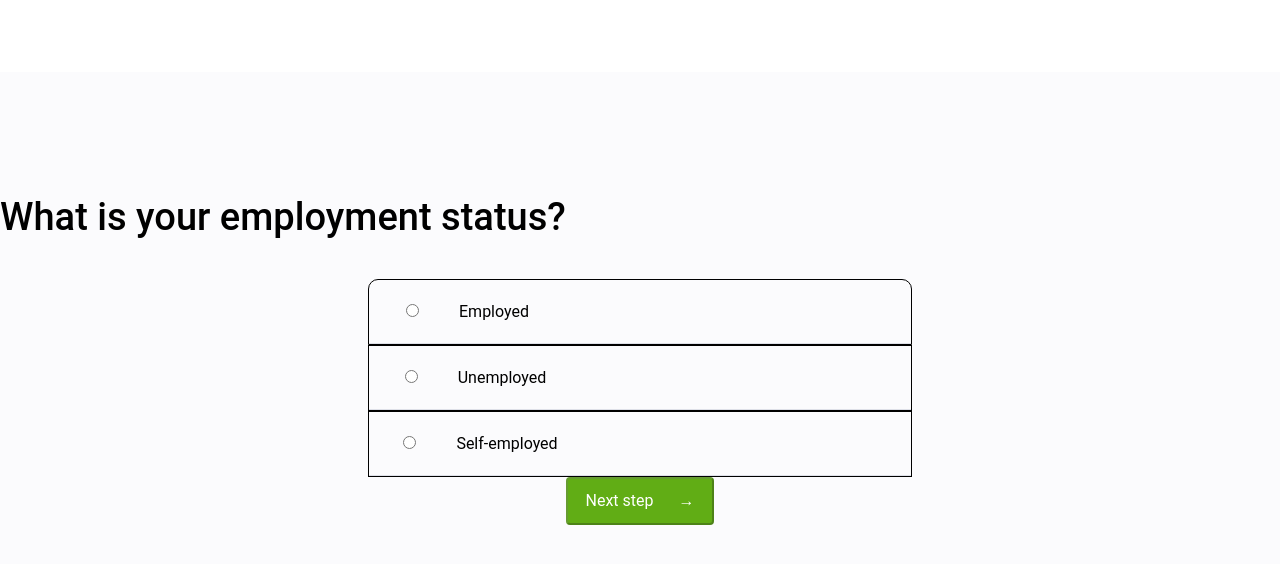
Repository: andbilous/task-survey
Page: /employment-status
An editor plug-in stored every save of this project. The page is shown before and after the next save, followed by the edit.
The browser window is 1280 px wide. The pictures show the whole page.
The project was rebuilt for these pictures with package versions that can differ from the ones it lists, and the page was loaded fresh each time. Also part of the build but not shown: src/pages/FillingStatus.jsx, src/pages/Proprietorships.jsx, src/pages/Score.jsx.

Above is the page before, as saved 2020-06-18 18:46:19.

### src/App.js
import React from 'react';
import { Provider } from 'react-redux'
import { store } from './redux/store'
import {
  BrowserRouter as Router,
  Switch,
  Route,
} from "react-router-dom";
import './App.css';
import {Header} from './components/Header';
import {EmploymentStatusPage} from './pages/EmploymentStatus';
import {FillingStatusPage} from './pages/FillingStatus';
import {ProprietorshipsPage} from './pages/Proprietorships';
import {ScorePage} from './pages/Score';


function App() {
  return (
    <Router>
    <Provider store={store}>
    <Switch>
    <div className="App">
      <Header/>
      <Route path="/employment-status">
            <EmploymentStatusPage />
          </Route>
          <Route path="/filling-status">
            <FillingStatusPage />
          </Route>
          <Route path="/proprietorship">
            <ProprietorshipsPage />
          </Route>
          <Route path="/score">
            <ScorePage />
          </Route>
    </div>
    </Switch>
    </Provider>
    </Router>
  );
}

export default App;

### src/redux/store.js
import { applyMiddleware, createStore } from 'redux';
import logger from 'redux-logger';
import thunk from 'redux-thunk';

import { rootReducer } from './rootReducer';

const middleware = [thunk, logger];

export const store = createStore(rootReducer, applyMiddleware(...middleware));

### src/App.css
* {
  text-align: center;
  box-sizing: border-box;
  font-family: Roboto;
  font-style: normal;
  font-weight: normal;
}
body{
  background-color:  #FBFBFD;
}
h2{
  font-family: Roboto;
font-style: normal;
font-weight: 500;
font-size: 38px;
line-height: 60px;
display: flex;
align-items: center;
text-align: center;
background-color:  #FBFBFD;
}
.list-item{
  width: 544px;
  height: 66px;
  border: 1px solid black;
  padding-top: 21px;
  box-shadow: inset 0px -1px 0px #DEE0E8;
}

### src/components/Header.jsx
import React from "react";
import { connect } from "react-redux";

const Header = ({ progress }) => {
  return (
    <>
      <div style={styles.general} />
      <div
        style={{
          width: `${progress}%`,
          height: "75px",
          backgroundColor: "#61AD15",
        }}
      ></div>
    </>
  );
};

const styles = {
  general: {
    position: "absolute",
    left: "0%",
    right: "0%",
    top: "0%",
    bottom: "0%",
    height: "72px",
    backgroundColor: "#fff",
  },
};

const HeaderContainer = connect(
  (state) => ({
    progress: state.surveyReducer.progress,
  }),
  (dispatch) => ({})
)(Header);

export { HeaderContainer as Header };

### src/pages/EmploymentStatus.jsx
import React, { useState } from "react";
import { useHistory } from "react-router-dom";
import { connect } from "react-redux";
import Footer from "../components/Footer";
import { setEmploymentStatus } from "../redux/survey/actions";

const EmploymentStatusPage = ({ setEmploymentStatus }) => {
  const history = useHistory();
  const [disableFooter, setDisableFooter] = useState(true);
  const [value, setValue] = useState("");

  const navigateNextPage = () => {
    if (value === "Employed" || value === "Unemployed") {
      history.push("/filling-status");
    } else {
      history.push("/proprietorship");
    }
  };

  const handleChange = (value) => {
    console.log(value);
    setDisableFooter(false);
    setEmploymentStatus(value);
    setValue(value);
  };
  return (
    <div style={{ marginTop: "7rem" }}>
      <h2>What is your employment status?</h2>
      <form>
        <div
          style={styles.parent}
          className="radio"
        >
          <label className="list-item" style={{paddingRight: '350px',borderRadius: '10px 10px 0px 0px'}}>
            <input
              style={styles.input}
              onClick={() => handleChange("Employed")}
              name="1"
              type="radio"
              value="Employed"
            />
            Employed
          </label>
          <label className="list-item" style={{
            paddingRight: '334px'
            }}>
            <input
              style={styles.input}
              onClick={() => handleChange("Unemployed")}
              name="1"
              type="radio"
              value="Unemployed"
            />
            Unemployed
          </label>
          <label className="list-item" style={{paddingRight: '324px'}}>
            <input
              style={styles.input}
              onClick={() => handleChange("SelfEmployed")}
              name="1"
              type="radio"
              value="SelfEmployed"
            />
            Self-employed
          </label>
          </div>
      </form>
      <Footer disable={disableFooter} navigateNextPage={navigateNextPage} />
    </div>
  );
};

const styles = {
  parent: {
    marginTop: "2rem",
    display: "flex",
    flexDirection: "column",
    alignItems: "center",
    textAlign: "center",
  },
  item: {
    width: "544px",
    height: "66px",
    border: "1px solid black",
    paddingTop: '21px',
  },
  input :{
    marginRight: '40px'
  }
};

const EmploymentStatusPageContainer = connect(
  (state) => ({}),
  (dispatch) => ({
    setEmploymentStatus: (value) => dispatch(setEmploymentStatus(value)),
  })
)(EmploymentStatusPage);

export { EmploymentStatusPageContainer as EmploymentStatusPage };

### src/redux/rootReducer.js
import { combineReducers } from 'redux'
import surveyReducer from './survey/reducer'

export const rootReducer = combineReducers({
  surveyReducer
})

### src/components/Footer.jsx
import React from "react";

const Footer = ({ disable, navigateNextPage, navigatePrevPage }) => {
  if (navigatePrevPage && navigateNextPage) {
    return (
      <div style={styles.general}>
        <button
          disabled={disable}
          onClick={() => {
            navigatePrevPage();
          }}
        >
          Prev step
        </button>
        <button
          disabled={disable}
          onClick={() => {
            navigateNextPage();
          }}
        >
          Next step
        </button>
      </div>
    );
  }
  if (navigatePrevPage && !navigateNextPage) {
    return (
      <button
        disabled={disable}
        onClick={() => {
          navigatePrevPage();
        }}
      >
        Prev step
      </button>
    );
  }
  if (!navigatePrevPage && navigateNextPage) {
    return (
      <button
        style={styles.button}
        disabled={disable}
        onClick={() => {
          navigateNextPage();
        }}
      >
        <span>Next step</span>
        <span style={styles.arrow}>&#8594;</span>
      </button>
    );
  }
};

const styles = {
  general: {
    position: "absolute",
    bottom: "0",
    width: "100%",
    height: "2.5rem",
    backgroundColor: "#fff",
  },
  button: {
    color: "#fff",
    width: "148px",
    height: "48px",
    background: "#61AD15",
    textAlign: "center",
    fontSize: "16px",
    lineHeight: "26px",
    borderRadius: "4px",
  },
  arrow: {
    marginLeft: '25px',
    transform: "matrix(1, 0, 0, -1, 0, 0)",
  },
};

export default Footer;

### src/redux/survey/actions.js
import types from './types';

export const setEmploymentStatus = (value) => {
    if(value === 'Employed'){
      return {
        type: types.SET_EMPLOYMENT_STATUS,
        employmentStatus: value,
        count: 10,

      }
    }
      if(value === 'Unemployed'){
        return {
          type: types.SET_EMPLOYMENT_STATUS,
          employmentStatus: value,
          count: 20
        }
      }
        if(value === 'SelfEmployed'){
          return {
            type: types.SET_EMPLOYMENT_STATUS,
            employmentStatus: value,
            count: 30
          }
    }
};

export const setProprietorshipsCount = (value) => ({
    type: types.SET_PROPRIETORSHIPS_MULTIPLIER,
    multiplier: value
})

export const setFillingStatus = (values) =>{
  if(!values.length){
    return {
      type: types.SET_FILLING_STATUS,
      count: 0
    }
}
  if(values.length===1){
    return {
      type: types.SET_FILLING_STATUS,
      count: 10
    }
}
  return {
    type: types.SET_FILLING_STATUS,
    count: (values.length)*5
  }
}

export const displayResult = () =>({
  type: types.DISPLAY_RESULT
})

### src/redux/survey/reducer.js
import types from './types'

const initialValues = {
  count: 0,
  employmentStatus:'',
  progress: 0
}

const surveyReducer = (state = initialValues, action) => {
  switch (action.type) {
    case types.SET_EMPLOYMENT_STATUS:
      return {
        ...state,
        count: state.count + action.count,
        employmentStatus: action.employmentStatus,
        progress: 30
      }
      case types.SET_PROPRIETORSHIPS_MULTIPLIER:
        return {
          ...state,
          count: state.count * action.multiplier,
          progress: 50
        }
        case types.SET_FILLING_STATUS:
        return {
          ...state,
          count: state.count + action.count,
          progress: 70
        }
        case types.DISPLAY_RESULT:
        return {
          ...state,
          progress: 100
        }

    default:
      return state
  }
}

export default surveyReducer;

### src/redux/survey/types.js
const types = {
  SET_EMPLOYMENT_STATUS:'SET_EMPLOYMENT_STATUS',
  SET_PROPRIETORSHIPS_MULTIPLIER: 'SET_PROPRIETORSHIPS_MULTIPLIER',
  SET_FILLING_STATUS: 'SET_FILLING_STATUS',
  DISPLAY_RESULT: 'DISPLAY_RESULT'
}

export default types;

Loaded but not shown: public/index.html (common file); src/index.js (common file); src/index.css (common file); src/serviceWorker.js (common file)

After the next save:
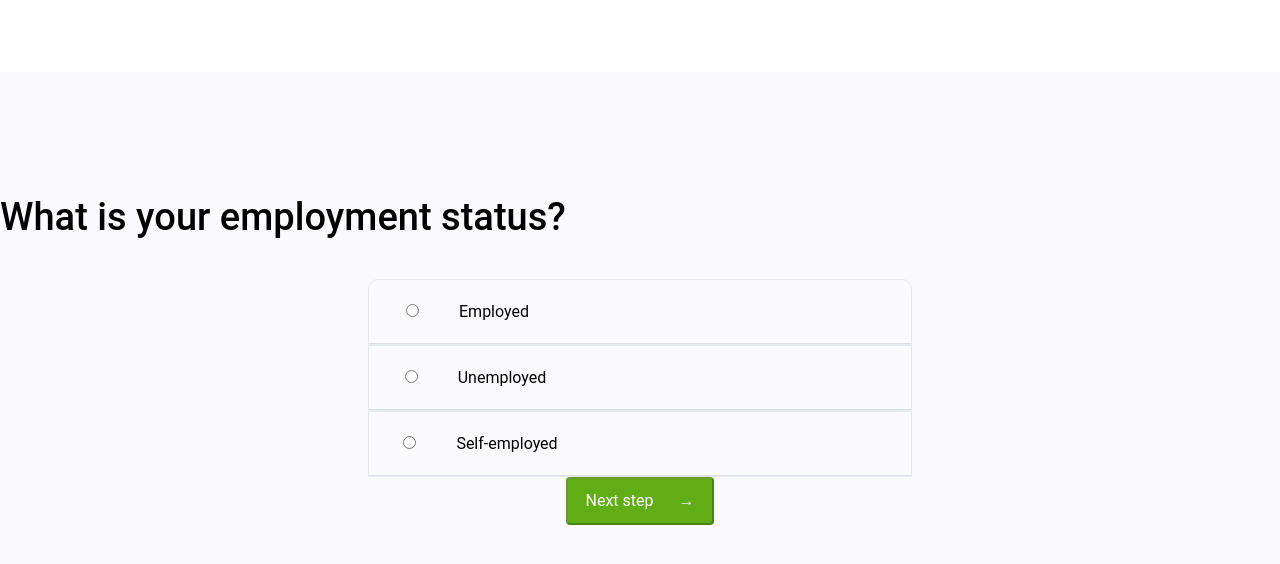
Saved 21 s later.
--- a/src/App.css
+++ b/src/App.css
@@ -22,7 +22,7 @@ background-color:  #FBFBFD;
 .list-item{
   width: 544px;
   height: 66px;
-  border: 1px solid black;
+  border: 1px solid #E7E9F0;
   padding-top: 21px;
   box-shadow: inset 0px -1px 0px #DEE0E8;
 }
